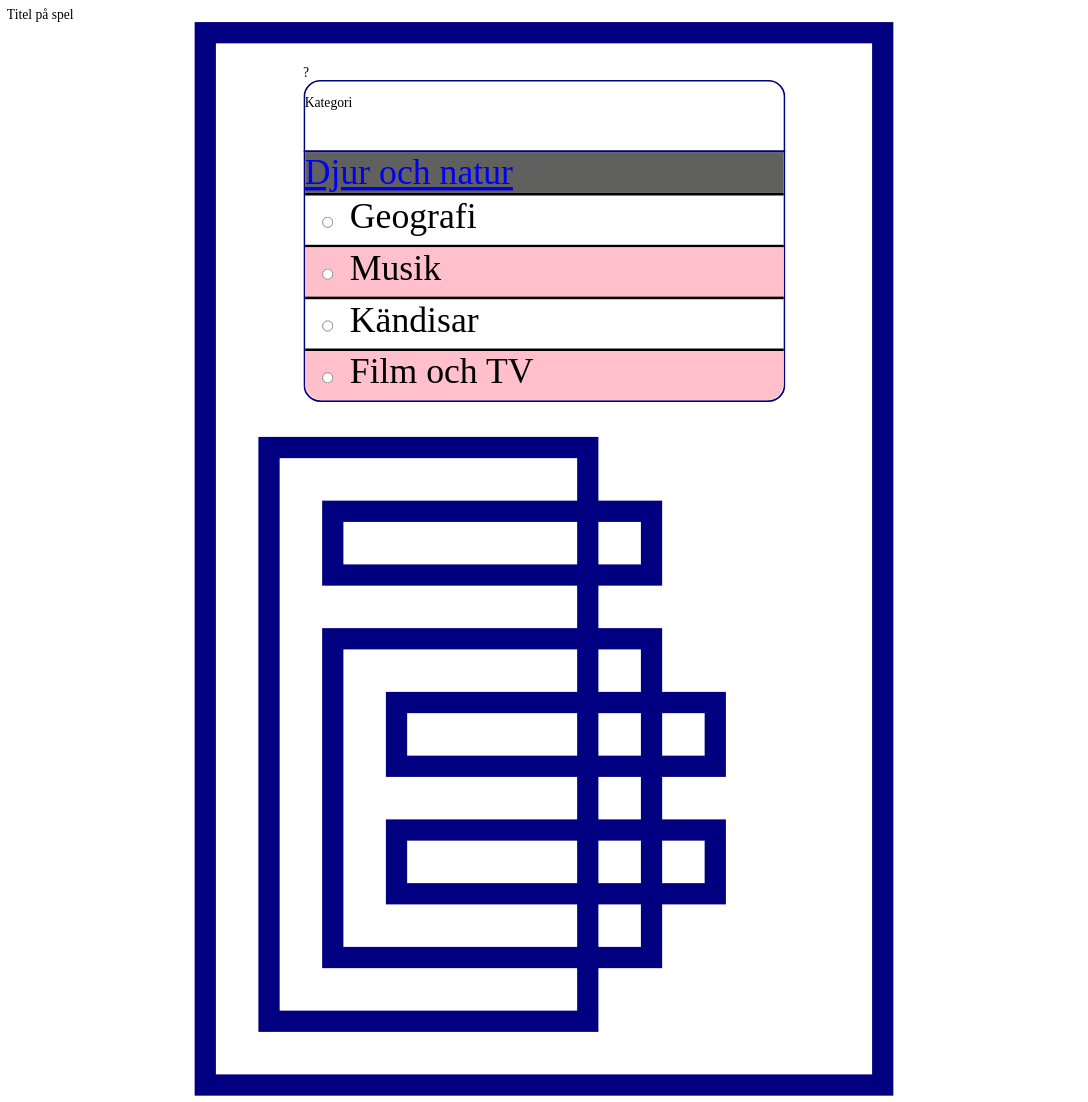
Repository: ed222gg/project2
Page: pages/start.html
The author's editor kept a record of every edit. The page is drawn from the files as they stood at one moment, then again after the next edit.
The browser window is 1280 px wide. The pictures show the whole page, at 85% of full size.

Above is the page before.

After the next edit:
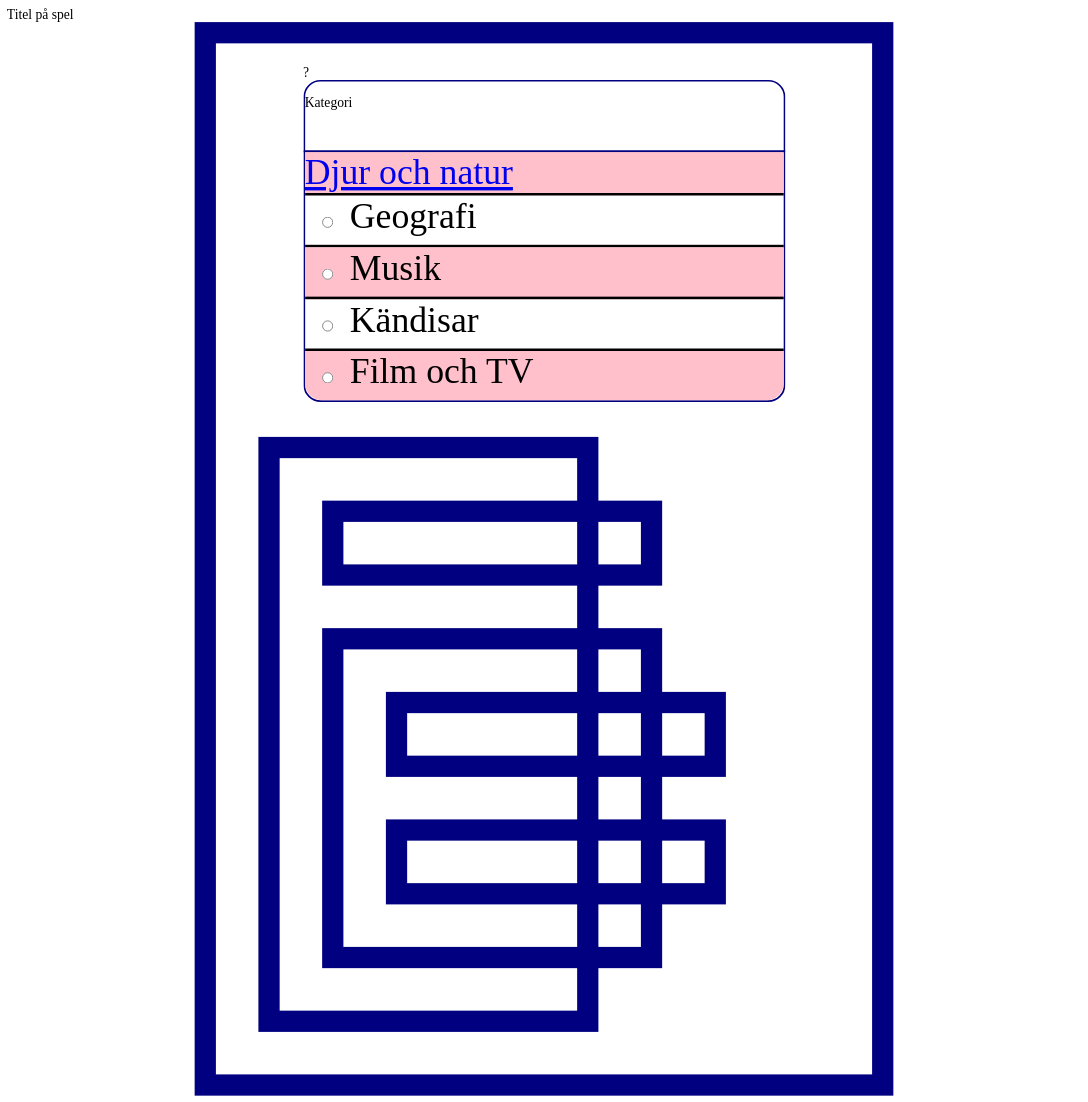
The edit:
--- a/css/style.css
+++ b/css/style.css
@@ -125,7 +125,7 @@
 
 li.anim {
 
-    background-color: #60605F;
+    background-color:pink;
 
 }
 
